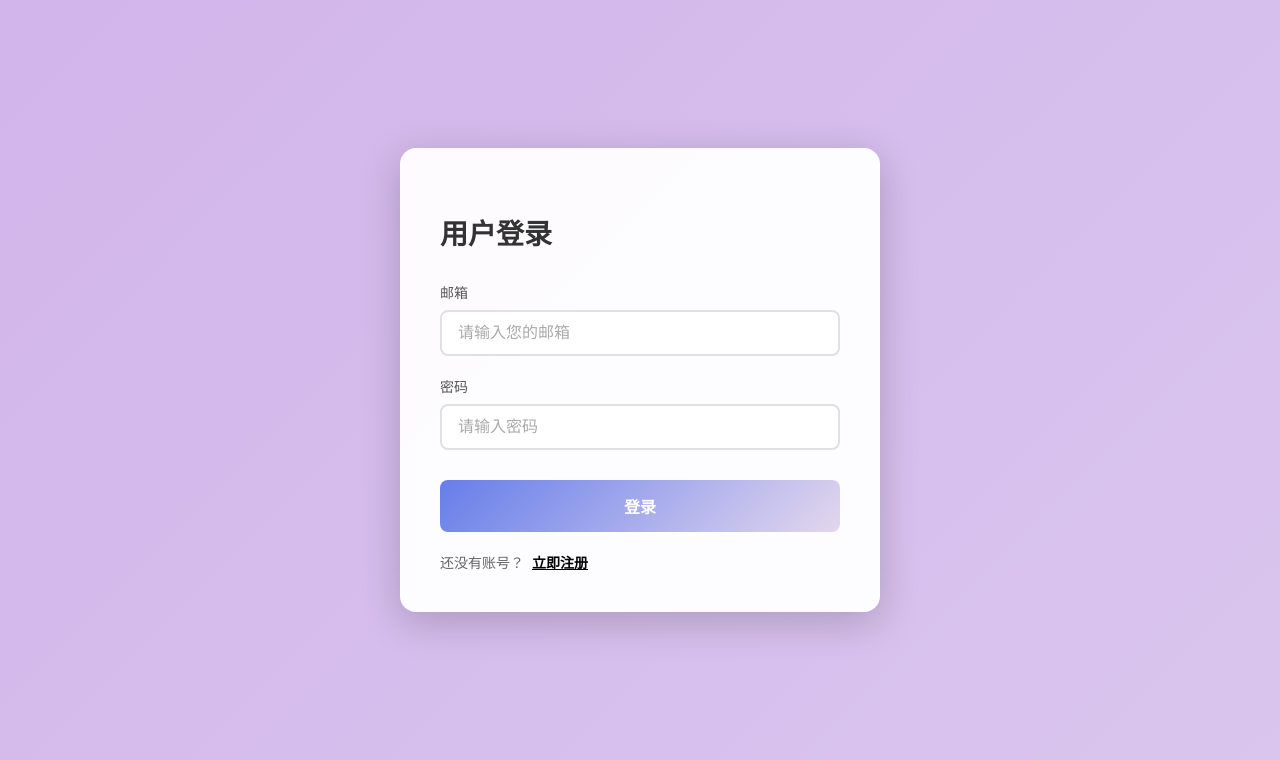
Repository: YWXstrong/improved-enigma
Page: / (app in frontend/)
These files come from the project's save history. The page is drawn as it stood at one moment and after the next save; the edit follows.
The browser window is 1280 px wide. The pictures show the whole page.
The page's requests for data from a server got no answer. The project was rebuilt for these pictures with package versions that can differ from the ones it lists, and the page was loaded fresh each time. No one was signed in, and anything a server would have sent is missing.

Above is the page before, as saved 2025-12-08 13:19:25.

### frontend/src/App.js
import React, { useState, useEffect } from 'react';
import axios from 'axios';
import './App.css';
import Auth from './Auth';

function App() {
  const [message, setMessage] = useState('');
  const [users, setUsers] = useState([]);
  const [loading, setLoading] = useState(true);
  const [isLoggedIn, setIsLoggedIn] = useState(false);
  const [currentUser, setCurrentUser] = useState(null);
  const [editingCard, setEditingCard] = useState(null);
  const [editingText, setEditingText] = useState('');
  const [imageBlocks, setImageBlocks] = useState(() => {
    const saved = localStorage.getItem('imageBlocks');
    return saved ? JSON.parse(saved) : [];
  });
  const [showAddImageBlock, setShowAddImageBlock] = useState(false);


  useEffect(() => {
    const fetchData = async () => {
      try {
        try {
          const authResponse = await axios.get('http://localhost:5000/api/auth/me', {
            withCredentials: true
          });
          if (authResponse.data.is_logged_in) {
            setIsLoggedIn(true);
            setCurrentUser(authResponse.data.user);
          }
        } catch (authError) {
          setIsLoggedIn(false);
        }

        const response = await axios.get('http://localhost:5000/');
        setMessage(response.data.message);

        if (isLoggedIn) {
          const usersResponse = await axios.get('http://localhost:5000/api/users');
          setUsers(usersResponse.data);
        }
      } catch (error) {
        setMessage('❌ 后端连接失败 - 请确保后端服务正在运行');
        console.error('API调用错误:', error);
      } finally {
        setLoading(false);
      }
    };

    fetchData();
  }, [isLoggedIn]);

  const handleLoginSuccess = (user) => {
    setIsLoggedIn(true);
    setCurrentUser(user);
    fetchUsers();
  };

  const fetchUsers = async () => {
    try {
      const usersResponse = await axios.get('http://localhost:5000/api/users');
      setUsers(usersResponse.data);
    } catch (error) {
      console.error('获取用户列表失败:', error);
    }
  };

  const handleLogout = async () => {
    try {
      await axios.post('http://localhost:5000/api/auth/logout', {}, {
        withCredentials: true
      });
      setIsLoggedIn(false);
      setCurrentUser(null);
      setUsers([]);
    } catch (error) {
      console.error('登出失败:', error);
    }
  };

  const handleCardClick = (cardId, currentText) => {
    setEditingCard(cardId);
    setEditingText(currentText);
  };

  const handleSaveEdit = (cardId) => {
    if (cardId === 'message') {
      setMessage(editingText);
    } else if (cardId.startsWith('user-')) {
      const userId = parseInt(cardId.replace('user-', ''));
      const user = users.find(u => u.id === userId);
      if (user) {
        setUsers(users.map(u =>
          u.id === userId ? { ...u, description: editingText } : u
        ));
      }
    } else if (cardId === 'welcome') {
      localStorage.setItem('welcomeText', editingText);
    } else if (cardId === 'current-user') {
      // 当前用户信息也可以编辑，保存到本地存储
      localStorage.setItem('currentUserInfo', editingText);
    }
    setEditingCard(null);
    setEditingText('');
  };

  const handleCancelEdit = () => {
    setEditingCard(null);
    setEditingText('');
  };

  const handleAddImage = (e) => {
    const file = e.target.files[0];
    if (file && file.type.startsWith('image/')) {
      const reader = new FileReader();
      reader.onload = (event) => {
        const newBlock = {
          id: Date.now(),
          image: event.target.result,
          title: '',
          description: ''
        };
        const updated = [...imageBlocks, newBlock];
        setImageBlocks(updated);
        localStorage.setItem('imageBlocks', JSON.stringify(updated));
      };
      reader.readAsDataURL(file);
    }
    e.target.value = '';
  };

  const handleDeleteImage = (id) => {
    const updated = imageBlocks.filter(block => block.id !== id);
    setImageBlocks(updated);
    localStorage.setItem('imageBlocks', JSON.stringify(updated));
  };

  const handleUpdateImageBlock = (id, field, value) => {
    const updated = imageBlocks.map(block =>
      block.id === id ? { ...block, [field]: value } : block
    );
    setImageBlocks(updated);
    localStorage.setItem('imageBlocks', JSON.stringify(updated));
  };

  if (loading) {
    return (
      <div className="App">
        <div className="loading-container">
          <div className="loading-card">正在努力加载中...</div>
        </div>
      </div>
    );
  }

  if (!isLoggedIn) {
    return <Auth onLoginSuccess={handleLoginSuccess} />;
  }

  const EditableCard = ({ cardId, title, content, onClick }) => {
    const isEditing = editingCard === cardId;

    if (isEditing) {
      return (
        <div className="card editing">
          <div className="card-header">
            <h3>{title}</h3>
          </div>
          <div className="card-content">
            <textarea
              value={editingText}
              onChange={(e) => setEditingText(e.target.value)}
              className="edit-textarea"
              autoFocus
            />
            <div className="edit-actions">
              <button onClick={() => handleSaveEdit(cardId)} className="save-btn">保存</button>
              <button onClick={handleCancelEdit} className="cancel-btn">取消</button>
            </div>
          </div>
        </div>
      );
    }

    return (
      <div className="card clickable" onClick={() => onClick(cardId, content)}>
        <div className="card-header">
          <h3>{title}</h3>
        </div>
        <div className="card-content">
          <p>{content || '点击编辑介绍文本...'}</p>
        </div>
      </div>
    );
  };

  return (
    <div className="App">
      <div className="app-container">
        <div className="header-section">
          <EditableCard
            cardId="welcome"
            title="团队协作模型"
            content={localStorage.getItem('welcomeText') || '欢迎使用团队协作模型！点击此卡片可以编辑介绍文本。'}
            onClick={handleCardClick}
          />
        </div>

        {currentUser && (
          <div className="user-section">
            <EditableCard
              cardId="current-user"
              title={`当前用户：${currentUser.name}`}
              content={localStorage.getItem('currentUserInfo') || `邮箱：${currentUser.email}\n\n点击编辑用户介绍...`}
              onClick={handleCardClick}
            />
            <button onClick={handleLogout} className="logout-btn">登出</button>
          </div>
        )}

        <div className="message-section">
          <EditableCard
            cardId="message"
            title="系统消息"
            content={message}
            onClick={handleCardClick}
          />
        </div>

        <div className="users-section">
          <h2 className="section-title">用户列表</h2>
          <div className="users-grid">
            {users.map(user => {
              const userContent = user.description || `${user.email}\n\n点击编辑用户介绍...`;
              return (
                <EditableCard
                  key={user.id}
                  cardId={`user-${user.id}`}
                  title={user.name}
                  content={userContent}
                  onClick={handleCardClick}
                />
              );
            })}
          </div>
        </div>

        <div className="links-section">
          <div className="card">
            <div className="card-header">
              <h3>系统链接</h3>
            </div>
            <div className="card-content">
              <a href="http://localhost:5000/api/health" target="_blank" rel="noopener noreferrer" className="link-btn">
                后端健康检查
              </a>
            </div>
          </div>
        </div>
      </div>
    </div>
  );
}

export default App;

### frontend/src/Auth.js
import React, { useState } from 'react';
import axios from 'axios';
import './Auth.css';

/**
 * 登录/注册组件
 * 这是一个简单的认证组件，包含登录和注册功能
 */
function Auth({ onLoginSuccess }) {
  // 状态管理
  const [isLogin, setIsLogin] = useState(true);  // true=登录模式, false=注册模式
  const [formData, setFormData] = useState({
    name: '',
    email: '',
    password: ''
  });
  const [error, setError] = useState('');
  const [loading, setLoading] = useState(false);

  // 处理输入框变化
  const handleChange = (e) => {
    setFormData({
      ...formData,
      [e.target.name]: e.target.value
    });
    setError('');  // 清除错误信息
  };

  // 处理表单提交
  const handleSubmit = async (e) => {
    e.preventDefault();
    setError('');
    setLoading(true);

    try {
      const endpoint = isLogin ? '/api/auth/login' : '/api/auth/register';
      const response = await axios.post(`http://localhost:5000${endpoint}`, {
        email: formData.email,
        password: formData.password,
        ...(isLogin ? {} : { name: formData.name })  // 注册时需要姓名
      }, {
        withCredentials: true  // 允许发送 cookies（用于 session）
      });

      // 登录/注册成功
      if (response.data.user) {
        onLoginSuccess(response.data.user);
      }
    } catch (err) {
      // 显示错误信息（优先显示后端返回的错误，否则显示网络错误）
      const errorMessage = err.response?.data?.error ||
                          err.message ||
                          '操作失败，请重试';
      setError(errorMessage);
      console.error('登录/注册错误:', err);
    } finally {
      setLoading(false);
    }
  };

  // 切换登录/注册模式
  const toggleMode = () => {
    setIsLogin(!isLogin);
    setError('');
    setFormData({ name: '', email: '', password: '' });
  };

  return (
    <div className="auth-container">
      <div className="auth-box">
        <h2>{isLogin ? '用户登录' : '用户注册'}</h2>

        <form onSubmit={handleSubmit}>
          {/* 注册模式显示姓名输入框 */}
          {!isLogin && (
            <div className="form-group">
              <label htmlFor="name">姓名</label>
              <input
                type="text"
                id="name"
                name="name"
                value={formData.name}
                onChange={handleChange}
                placeholder="请输入您的姓名"
                required
              />
            </div>
          )}

          {/* 邮箱输入框 */}
          <div className="form-group">
            <label htmlFor="email">邮箱</label>
            <input
              type="email"
              id="email"
              name="email"
              value={formData.email}
              onChange={handleChange}
              placeholder="请输入您的邮箱"
              required
            />
          </div>

          {/* 密码输入框 */}
          <div className="form-group">
            <label htmlFor="password">密码</label>
            <input
              type="password"
              id="password"
              name="password"
              value={formData.password}
              onChange={handleChange}
              placeholder="请输入密码"
              required
              minLength="6"
            />
          </div>

          {/* 错误信息显示 */}
          {error && <div className="error-message">{error}</div>}

          {/* 提交按钮 */}
          <button type="submit" className="submit-btn" disabled={loading}>
            {loading ? '处理中...' : (isLogin ? '登录' : '注册')}
          </button>
        </form>

        {/* 切换登录/注册模式 */}
        <div className="toggle-mode">
          <span>
            {isLogin ? '还没有账号？' : '已有账号？'}
            <button type="button" onClick={toggleMode} className="toggle-btn">
              {isLogin ? '立即注册' : '立即登录'}
            </button>
          </span>
        </div>
      </div>
    </div>
  );
}

export default Auth;

### frontend/src/Auth.css
/* 认证容器样式 */
.auth-container {
  min-height: 100vh;
  display: flex;
  align-items: center;
  justify-content: center;
  padding: 20px;
  background: linear-gradient(135deg, #d2b5eb 0%, #d9c5ee 100%);
}

/* 认证表单盒子 */
.auth-box {
  background: rgba(255, 255, 255, 0.95);
  border-radius: 16px;
  padding: 40px;
  width: 100%;
  max-width: 400px;
  box-shadow: 0 10px 40px rgba(0, 0, 0, 0.2);
}

/* 标题样式 */
.auth-box h2 {
  text-align: left;
  color: #333;
  margin-bottom: 30px;
  font-size: 28px;
  font-weight: 600;
}

/* 表单样式 */
.auth-box form {
  display: flex;
  flex-direction: column;
  gap: 20px;
}

/* 表单组样式 */
.form-group {
  display: flex;
  flex-direction: column;
  gap: 8px;
}

/* 标签样式 */
.form-group label {
  color: #555;
  font-size: 14px;
  font-weight: 500;
}

/* 输入框样式 */
.form-group input {
  padding: 12px 16px;
  border: 2px solid #e0e0e0;
  border-radius: 8px;
  font-size: 16px;
  transition: all 0.3s ease;
  outline: none;
}

.form-group input:focus {
  border-color: #667eea;
  box-shadow: 0 0 0 3px rgba(102, 126, 234, 0.1);
}

.form-group input::placeholder {
  color: #aaa;
}

/* 错误信息样式 */
.error-message {
  background: #fee;
  color: #c33;
  padding: 12px;
  border-radius: 8px;
  font-size: 14px;
  text-align: left;
  border: 1px solid #fcc;
}

/* 提交按钮样式 */
.submit-btn {
  padding: 14px;
  background: linear-gradient(135deg, #667eea 0%, #e3d7ee 100%);
  color: white;
  border: none;
  border-radius: 8px;
  font-size: 16px;
  font-weight: 600;
  cursor: pointer;
  transition: all 0.3s ease;
  margin-top: 10px;
}

.submit-btn:hover:not(:disabled) {
  transform: translateY(-2px);
  box-shadow: 0 5px 15px rgba(102, 126, 234, 0.4);
}

.submit-btn:disabled {
  opacity: 0.6;
  cursor: not-allowed;
}

/* 切换模式区域 */
.toggle-mode {
  text-align: left;
  margin-top: 20px;
  color: #666;
  font-size: 14px;
}

/* 切换按钮样式 */
.toggle-btn {
  background: none;
  border: none;
  color: #000000;
  cursor: pointer;
  font-size: 14px;
  font-weight: 600;
  margin-left: 8px;
  text-decoration: underline;
  padding: 0;
}

.toggle-btn:hover {
  color: #d0c3dd;
}

/* 响应式设计 */
@media (max-width: 480px) {
  .auth-box {
    padding: 30px 20px;
  }

  .auth-box h2 {
    font-size: 24px;
  }
}

### frontend/src/App.css
/* 主应用容器样式 */
.App {
  text-align: left;  /* 文本左对齐显示 */
}

/* React Logo样式 */
.App-logo {
  height: 40vmin;  /* 使用视窗最小单位的40%作为高度 */
  pointer-events: none;  /* 禁止鼠标事件，防止干扰 */
}

/* 减少动画的媒体查询 - 针对偏好减少运动的用户 */
@media (prefers-reduced-motion: no-preference) {
  .App-logo {
    animation: App-logo-spin infinite 20s linear;  /* 无限旋转动画 */
  }
}

/* 应用头部主样式 */
.App-header {
  background-color: #fdfbfb;  /* 深色背景 */
  min-height: 100vh;  /* 至少占满整个视窗高度 */
  display: flex;  /* 使用弹性布局 */
  flex-direction: column;  /* 垂直方向排列 */
  align-items: flex-start;  /* 水平左对齐 */
  justify-content: flex-start;  /* 垂直顶部对齐 */
  font-size: calc(10px + 2vmin);  /* 响应式字体大小 */
  color: rgb(0, 0, 0);  /* 白色文字 */
  padding: 20px;  /* 内边距 */
}

/* Logo容器样式 */
.logo-container {
  display: flex;  /* 弹性布局，使子元素水平排列 */
  gap: 20px;  /* 子元素间距 */
  margin-bottom: 30px;  /* 底部外边距 */
}

/* 基础Logo样式 */
.logo {
  width: 80px;  /* 固定宽度 */
  height: 80px;  /* 固定高度 */
  border-radius: 50%;  /* 圆形效果 */
  transition: transform 0.3s ease;  /* 变换动画效果 */
}

/* Logo悬停效果 */
.logo:hover {
  transform: scale(1.1);  /* 鼠标悬停时放大 */
}

/* 大尺寸Logo样式 */
.logo-large {
  width: 150px;  /* 较大宽度 */
  height: 150px;  /* 较大高度 */
  border-radius: 20px;  /* 圆角矩形 */
}

/* 旋转动画定义 */
@keyframes spin {
  from {
    transform: rotate(0deg);  /* 起始角度0度 */
  }
  to {
    transform: rotate(360deg);  /* 结束角度360度（完整一圈） */
  }
}

/* 用户列表容器样式 */
.users-list {
  display: flex;  /* 弹性布局 */
  flex-direction: column;  /* 垂直排列 */
  gap: 15px;  /* 子元素间距 */
  max-width: 500px;  /* 最大宽度限制 */
  width: 100%;  /* 宽度占满容器 */
  margin: 20px 0;  /* 上下边距20px，左对齐 */
}

/* 用户卡片样式 */
.user-card {
  display: flex;  /* 弹性布局 */
  align-items: center;  /* 垂直居中 */
  background: rgba(78, 76, 76, 0.1);  /* 半透明白色背景 */
  border-radius: 12px;  /* 圆角 */
  padding: 15px;  /* 内边距 */
  transition: all 0.3s ease;  /* 所有属性的过渡动画 */
  text-align: left;  /* 文字左对齐 */
}

/* 用户卡片悬停效果 */
.user-card:hover {
  background: rgba(255, 255, 255, 0.15);  /* 悬停时背景变亮 */
  transform: translateY(-2px);  /* 向上移动2px产生悬停效果 */
  box-shadow: 0 5px 15px rgba(0, 0, 0, 0.2);  /* 添加阴影 */
}

/* 用户头像容器 */
.user-avatar {
  width: 50px;  /* 固定宽度 */
  height: 50px;  /* 固定高度 */
  margin-right: 15px;  /* 右外边距 */
  border-radius: 50%;  /* 圆形 */
  overflow: hidden;  /* 内容溢出隐藏 */
  border: 2px solid #d1ebf1;  /* 蓝色边框 */
}

/* 用户头像图片样式 */
.user-avatar img {
  width: 100%;  /* 宽度填满容器 */
  height: 100%;  /* 高度填满容器 */
  object-fit: cover;  /* 图片按比例裁剪填充 */
}

/* 用户信息区域 */
.user-info {
  flex: 1;  /* 占据剩余空间 */
}

/* 用户名样式 */
.user-info strong {
  display: block;  /* 块级元素，独占一行 */
  font-size: 1.1em;  /* 相对字体大小 */
  margin-bottom: 5px;  /* 底部外边距 */
}

/* 用户邮箱样式 */
.user-info span {
  font-size: 0.9em;  /* 稍小的字体 */
  opacity: 0.8;  /* 80%透明度 */
  color: #ccc;  /* 浅灰色文字 */
}

/* 链接容器样式 */
.links {
  margin-top: 30px;  /* 顶部外边距 */
}

/* 链接样式 */
.links a {
  display: inline-block;  /* 行内块级元素 */
  padding: 10px 20px;  /* 内边距 */
  background: #61dafb;  /* 蓝色背景 */
  color: #282c34;  /* 深色文字 */
  text-decoration: none;  /* 去除下划线 */
  border-radius: 25px;  /* 圆形按钮 */
  font-weight: bold;  /* 粗体 */
  transition: all 0.3s ease;  /* 过渡动画 */
}

/* 链接悬停效果 */
.links a:hover {
  background: #1e90d6;  /* 悬停时背景色变深 */
  transform: translateY(-2px);  /* 向上移动2px */
  box-shadow: 0 5px 15px rgba(186, 197, 206, 0.3);  /* 添加蓝色阴影 */
}

/* 响应式设计 - 平板及以下设备 */
@media (max-width: 768px) {
  .logo-container {
    flex-direction: column;  /* 垂直排列Logo */
    align-items: center;  /* 居中对齐 */
  }

  .user-card {
    padding: 12px;  /* 减小内边距 */
  }

  .user-avatar {
    width: 40px;  /* 缩小头像 */
    height: 40px;  /* 缩小头像 */
    margin-right: 10px;  /* 减小右边距 */
  }
}

/* React Logo链接样式（可能未使用） */
.App-link {
  color: #61dafb;  /* 蓝色链接 */
}

/* React Logo旋转动画定义 */
@keyframes App-logo-spin {
  from {
    transform: rotate(0deg);  /* 起始角度 */
  }
  to {
    transform: rotate(360deg);  /* 结束角度 */
  }
}

/* 【新增】当前用户信息区域 */
.current-user {
  background: rgba(88, 87, 87, 0.1);
  border-radius: 12px;
  padding: 15px 20px;
  margin: 20px 0;
  display: flex;
  align-items: center;
  justify-content: space-between;
  gap: 15px;
  flex-wrap: wrap;
}

.current-user p {
  margin: 0;
  font-size: 0.9em;
}

.current-user strong {
  color: #f3a54b;
}

/* 【新增】登出按钮样式 */
.logout-btn {
  padding: 8px 16px;
  background: #ff6b6b;
  color: white;
  border: none;
  border-radius: 6px;
  font-size: 14px;
  cursor: pointer;
  transition: all 0.3s ease;
  font-weight: 500;
}

.logout-btn:hover {
  background: #ff5252;
  transform: translateY(-2px);
  box-shadow: 0 4px 12px rgba(255, 107, 107, 0.3);
}

/* 响应式设计 - 当前用户区域 */
@media (max-width: 768px) {
  .current-user {
    flex-direction: column;
    text-align: left;
  }

  .logout-btn {
    width: 100%;
  }
}

Loaded but not shown: frontend/public/index.html (common file); frontend/src/index.js (common file); frontend/src/index.css (common file); frontend/src/reportWebVitals.js (common file)

After the next save:
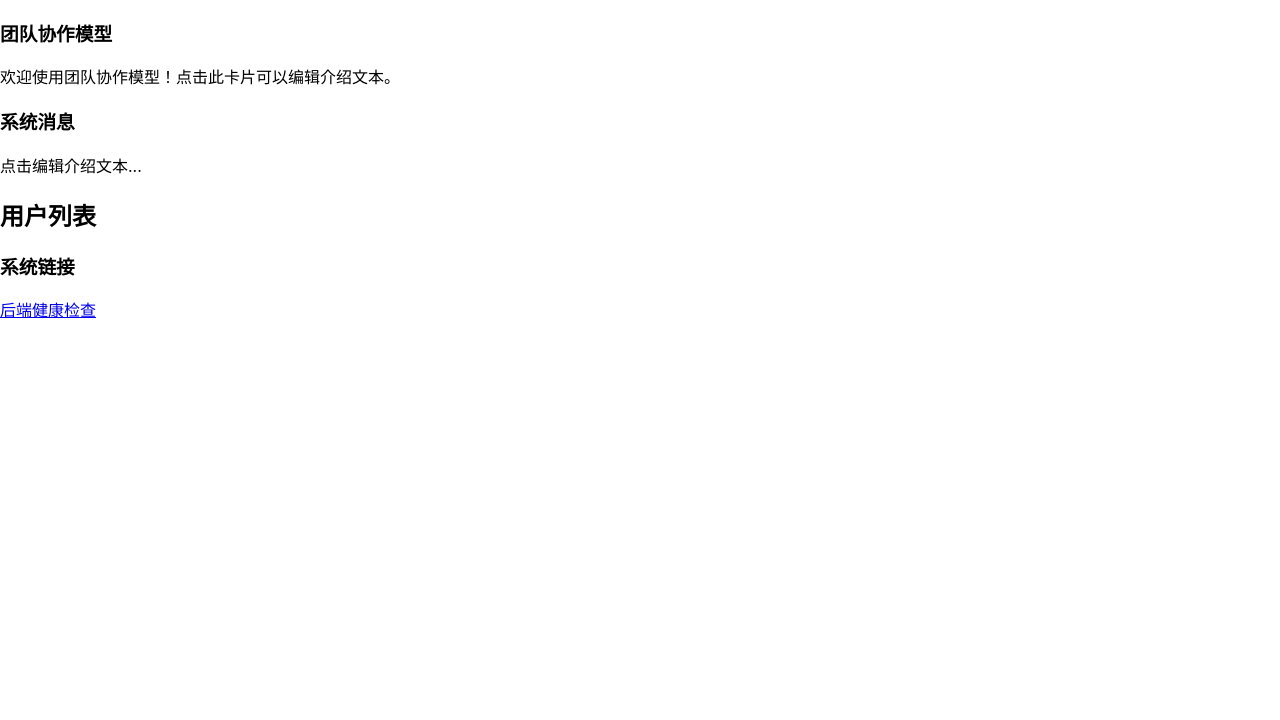
Saved 29 s later.
--- a/frontend/src/App.js
+++ b/frontend/src/App.js
@@ -154,10 +154,6 @@ function App() {
     );
   }
 
-  if (!isLoggedIn) {
-    return <Auth onLoginSuccess={handleLoginSuccess} />;
-  }
-
   const EditableCard = ({ cardId, title, content, onClick }) => {
     const isEditing = editingCard === cardId;
 
@@ -190,6 +186,82 @@ function App() {
         </div>
         <div className="card-content">
           <p>{content || '点击编辑介绍文本...'}</p>
+        </div>
+      </div>
+    );
+  };
+
+  const ImageBlock = ({ block }) => {
+    const [isEditingTitle, setIsEditingTitle] = useState(false);
+    const [isEditingDesc, setIsEditingDesc] = useState(false);
+    const [titleValue, setTitleValue] = useState(block.title);
+    const [descValue, setDescValue] = useState(block.description);
+
+    const saveTitle = () => {
+      handleUpdateImageBlock(block.id, 'title', titleValue);
+      setIsEditingTitle(false);
+    };
+
+    const saveDesc = () => {
+      handleUpdateImageBlock(block.id, 'description', descValue);
+      setIsEditingDesc(false);
+    };
+
+    return (
+      <div className="image-block">
+        <div className="image-block-header">
+          <button
+            className="delete-image-btn"
+            onClick={() => handleDeleteImage(block.id)}
+            title="删除图片"
+          >
+            ×
+          </button>
+        </div>
+        <div className="image-block-image">
+          <img src={block.image} alt={block.title || '自定义图片'} />
+        </div>
+        <div className="image-block-content">
+          {isEditingTitle ? (
+            <div className="image-edit-field">
+              <input
+                type="text"
+                value={titleValue}
+                onChange={(e) => setTitleValue(e.target.value)}
+                onBlur={saveTitle}
+                onKeyPress={(e) => e.key === 'Enter' && saveTitle()}
+                className="image-edit-input"
+                autoFocus
+                placeholder="输入标题..."
+              />
+            </div>
+          ) : (
+            <h4
+              className="image-block-title clickable-text"
+              onClick={() => setIsEditingTitle(true)}
+            >
+              {block.title || '点击添加标题...'}
+            </h4>
+          )}
+          {isEditingDesc ? (
+            <div className="image-edit-field">
+              <textarea
+                value={descValue}
+                onChange={(e) => setDescValue(e.target.value)}
+                onBlur={saveDesc}
+                className="image-edit-textarea"
+                autoFocus
+                placeholder="输入描述..."
+              />
+            </div>
+          ) : (
+            <p
+              className="image-block-desc clickable-text"
+              onClick={() => setIsEditingDesc(true)}
+            >
+              {block.description || '点击添加描述...'}
+            </p>
+          )}
         </div>
       </div>
     );
